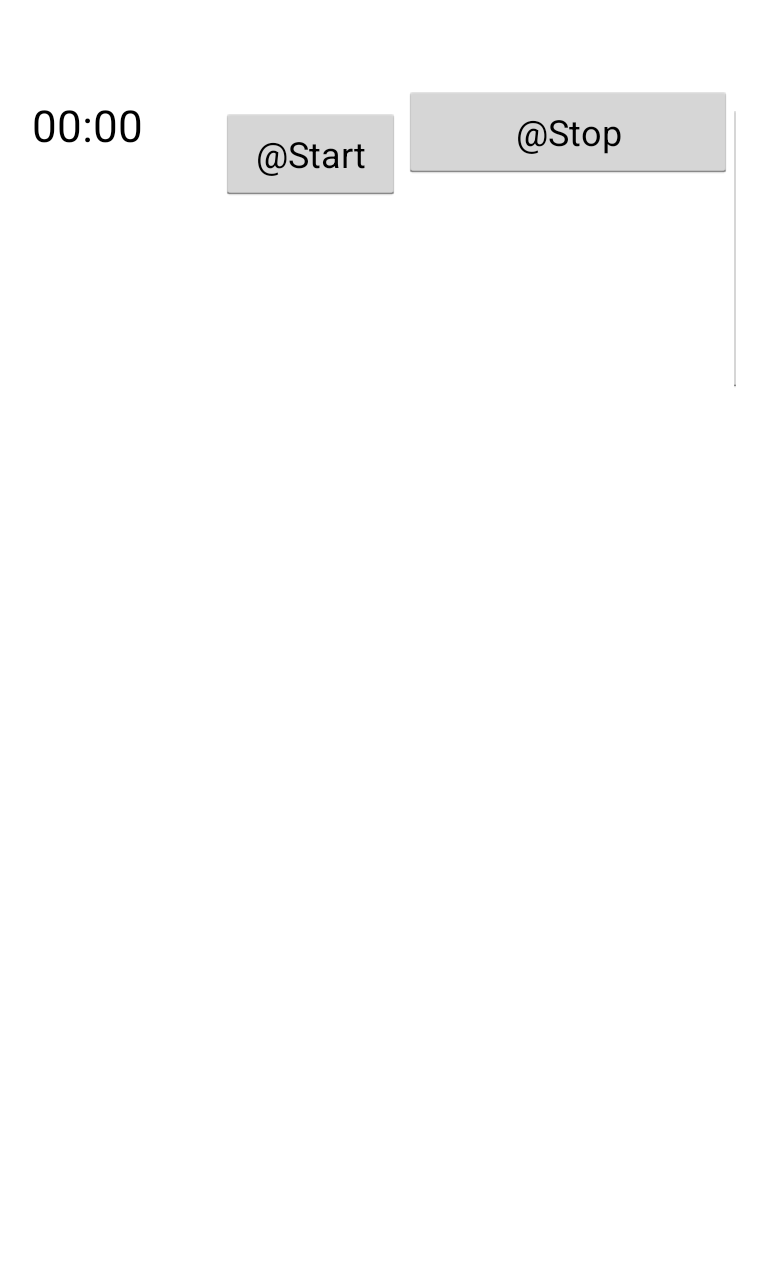
Repository: rjauquet/Android-ECE454
Layout: StopWatch/res/layout/activity_main.xml
An editor plug-in stored every save of this project. The layout is shown before and after the next save, followed by the edit.
It is drawn on a 768 x 1280 px phone screen (xhdpi) without system bars, with theme AppTheme; the app's code is not run.

Above is the layout before, as saved 2013-09-05 21:16:14.

After the next save:
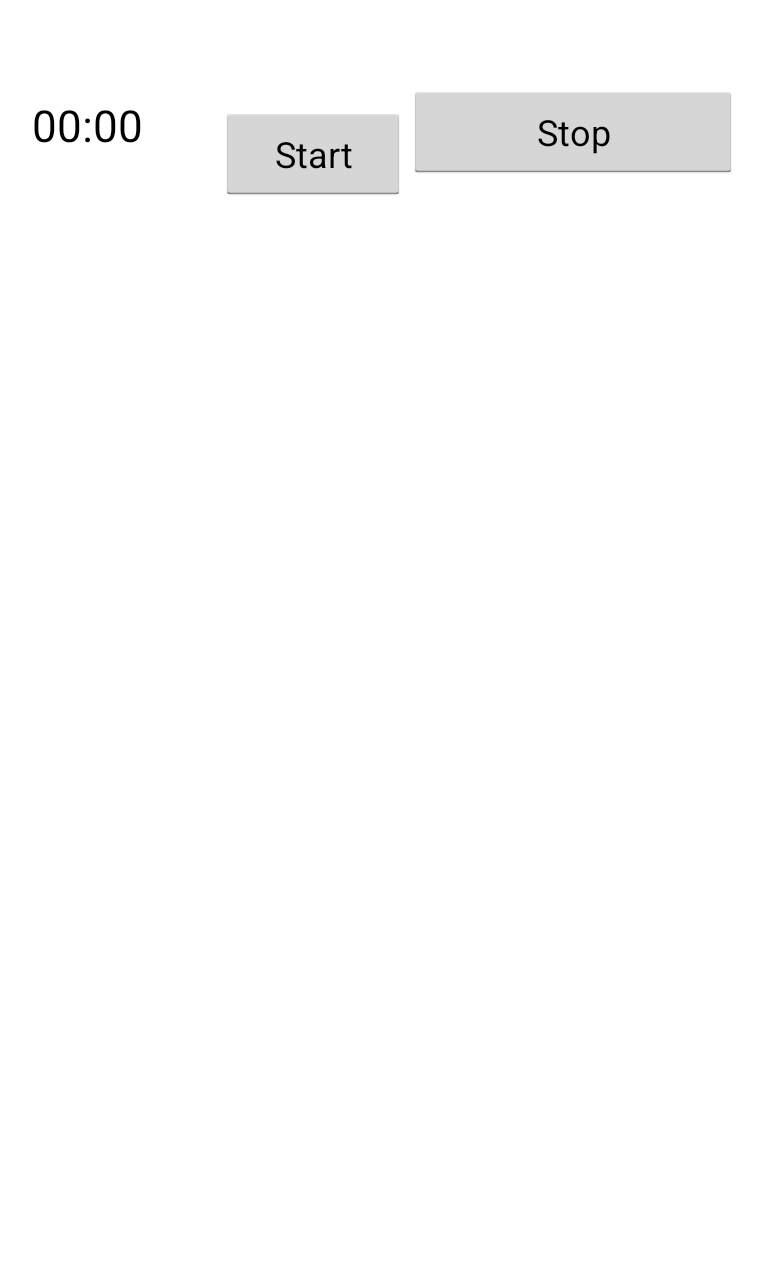
Saved 12 s later.
--- a/StopWatch/res/layout/activity_main.xml
+++ b/StopWatch/res/layout/activity_main.xml
@@ -23,14 +23,14 @@
         android:layout_marginLeft="38dp"
         android:layout_marginTop="37dp"
         android:layout_weight="0.03"
-        android:text="@Start" />
+        android:text="Start" />
 
     <Button
         android:id="@+id/stop"
         android:layout_width="166dp"
         android:layout_height="wrap_content"
         android:layout_marginTop="26dp"
-        android:text="@Stop" />
+        android:text="Stop" />
 
     <Button
         android:id="@+id/pause"
@@ -38,6 +38,6 @@
         android:layout_height="wrap_content"
         android:layout_marginTop="32dp"
         android:layout_weight="0.16"
-        android:text="@Pause" />
+        android:text="Pause" />
 
 </LinearLayout>
